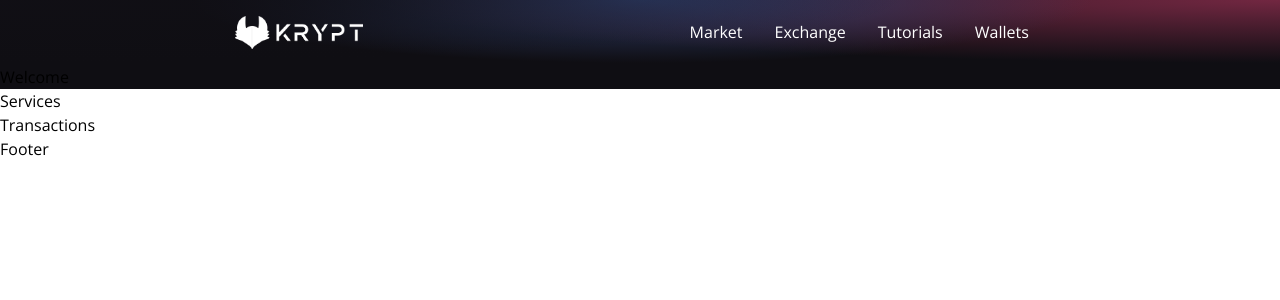
Repository: stephan-chiorean/krypt
Page: / (app in client/)
These files come from the project's save history. The page is drawn as it stood at one moment and after the next save; the edit follows.
The browser window is 1280 px wide. The pictures show the whole page.
The project was rebuilt for these pictures with package versions that can differ from the ones it lists, and the page was loaded fresh each time. Also part of the build but not shown: client/vite.config.js, client/src/components/Loader.jsx.

Above is the page before, as saved 2023-03-28 14:42:04.

After the next save:
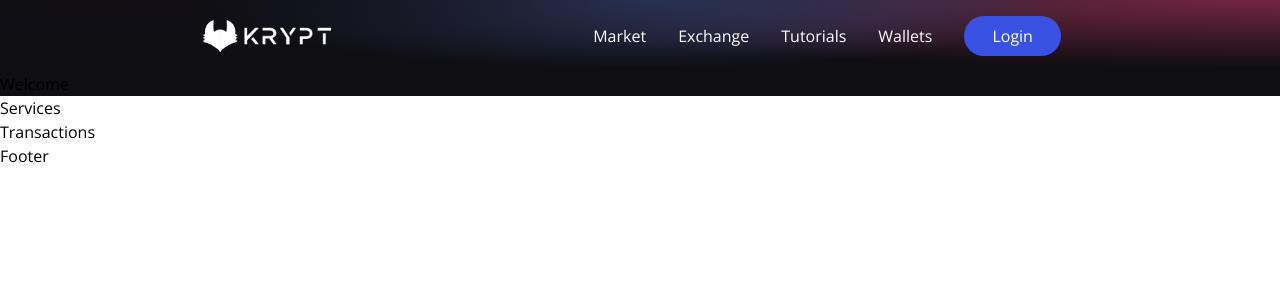
Saved 48 s later.
--- a/client/src/components/Navbar.jsx
+++ b/client/src/components/Navbar.jsx
@@ -21,6 +21,9 @@ export default() => {
         {["Market", "Exchange", "Tutorials", "Wallets"].map((item, index) => (
           <NavbarItem key={item+index} title={item}/>
         ))}
+        <li className="bg-[#3952e3] py-2 px-7 mx-4 rounded-full cursor-pointer hover:bg-[#2546bd]">
+          Login
+        </li>
       </ul>
     </nav>
   )
